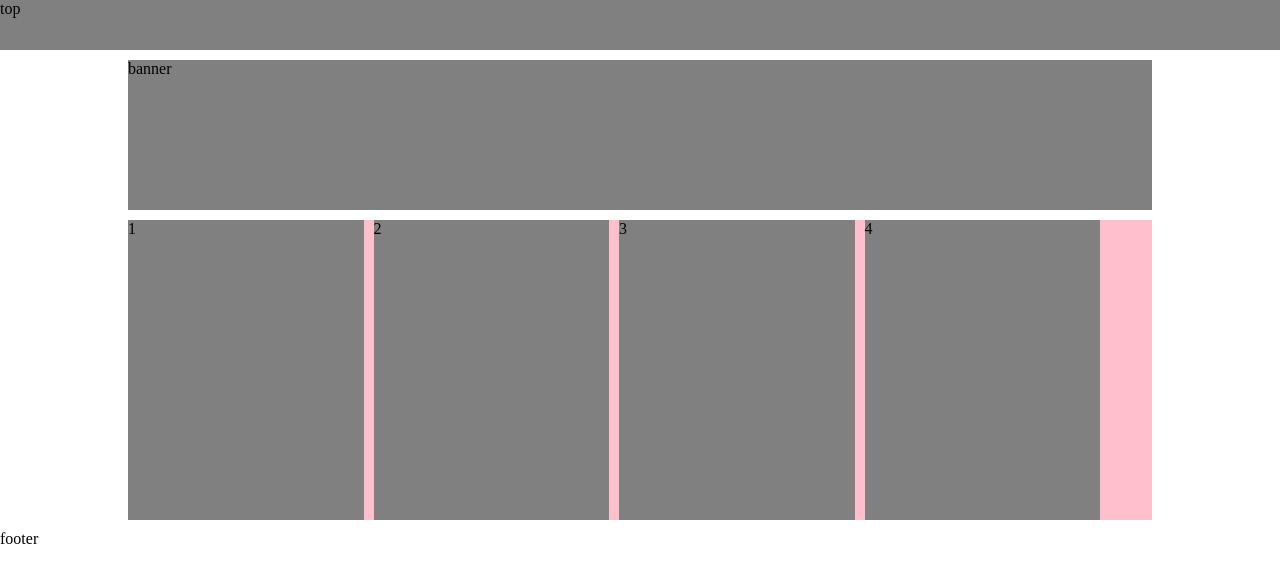
Repository: zhengdeya/web-based
Page: 36-常见网页布局/常见布局1.html
An editor plug-in stored every save of this project. The page is shown before and after the next save, followed by the edit.
The browser window is 1280 px wide. The pictures show the whole page.

Above is the page before, as saved 2021-04-13 09:54:38.

### 36-常见网页布局/常见布局1.html
<!DOCTYPE html>
<html lang="en">

<head>
    <meta charset="UTF-8">
    <meta http-equiv="X-UA-Compatible" content="IE=edge">
    <meta name="viewport" content="width=device-width, initial-scale=1.0">
    <title>常见网页布局1</title>
    <style>
        * {
            margin: 0;
            padding: 0;
        }

        li {
            list-style: none;
        }

        .top {
            width: 100%;
            height: 50px;
            background-color: gray;
        }

        .banner {
            /* width: 980px; */
            width: 80%;
            height: 150px;
            background-color: gray;
            margin: 10px auto;
        }

        .box {
            width: 80%;
            height: 300px;
            margin: 10px auto;
            background-color: pink;
        }

        .box li {
            width: 23%;
            height: 300px;
            background-color: gray;
            float: left;
            margin-right: 10px;
        }
    </style>
</head>

<body>
    <div class="top">top</div>
    <div class="banner">banner</div>
    <div class="box">
        <ul>
            <li>1</li>
            <li>2</li>
            <li>3</li>
            <li>4</li>
        </ul>
    </div>
    <div class="footer">footer</div>
</body>

</html>

After the next save:
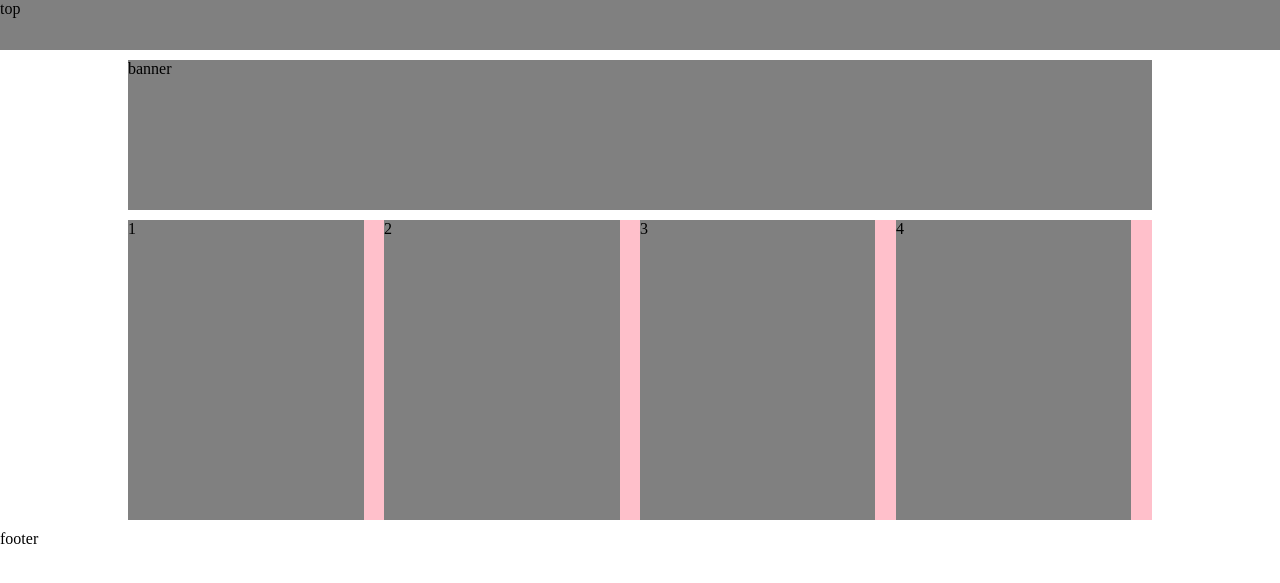
Saved 52 s later.
--- a/36-常见网页布局/常见布局1.html
+++ b/36-常见网页布局/常见布局1.html
@@ -42,7 +42,7 @@
             height: 300px;
             background-color: gray;
             float: left;
-            margin-right: 10px;
+            margin-right: 2%;
         }
     </style>
 </head>
